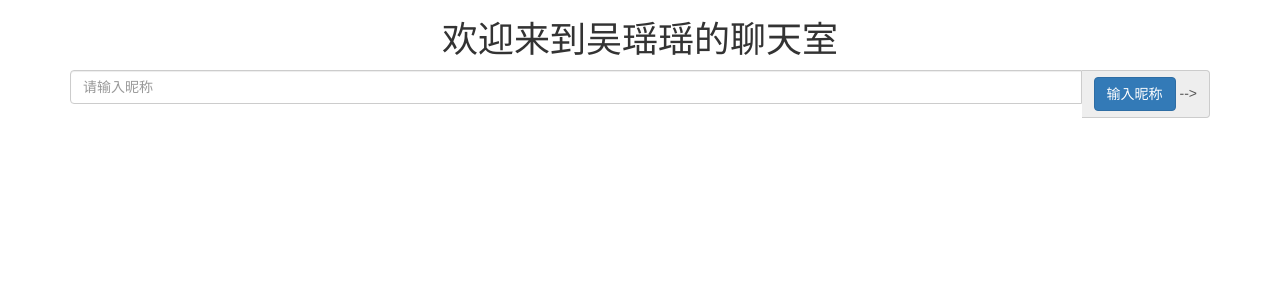
Repository: wyy511/node-socket.io
Page: client.html
An editor plug-in stored every save of this project. The page is shown before and after the next save, followed by the edit.
The browser window is 1280 px wide. The pictures show the whole page.

Above is the page before, as saved 2019-11-20 23:40:52.
Console error (its wording comes from the project's code and is left out).

After the next save:
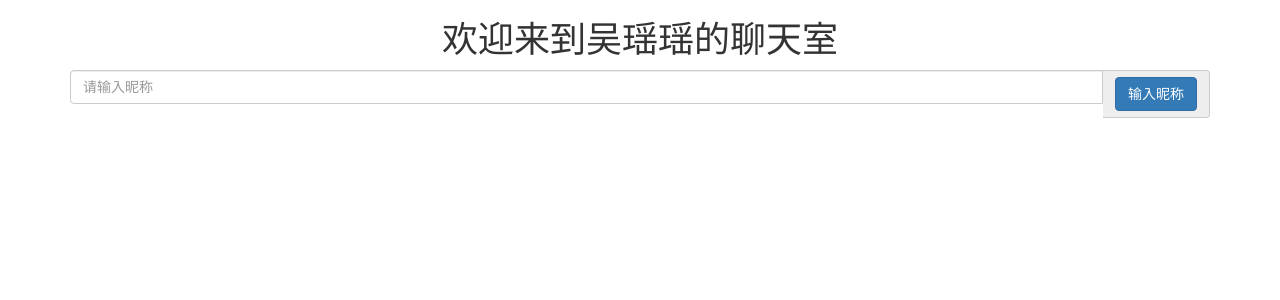
Saved 4 s later.
--- a/client.html
+++ b/client.html
@@ -31,7 +31,7 @@
       <div id="nameBox">
         <div class="input-group">
             <input id="name" class="form-control" type="text" placeholder="请输入昵称">
-          <span class="input-group-addon"><button id="nameBtn" type="button" class="btn btn-primary">输入昵称</button> --></span>
+          <span class="input-group-addon"><button id="nameBtn" type="button" class="btn btn-primary">输入昵称</button></span>
         </div>
         <!--
 
